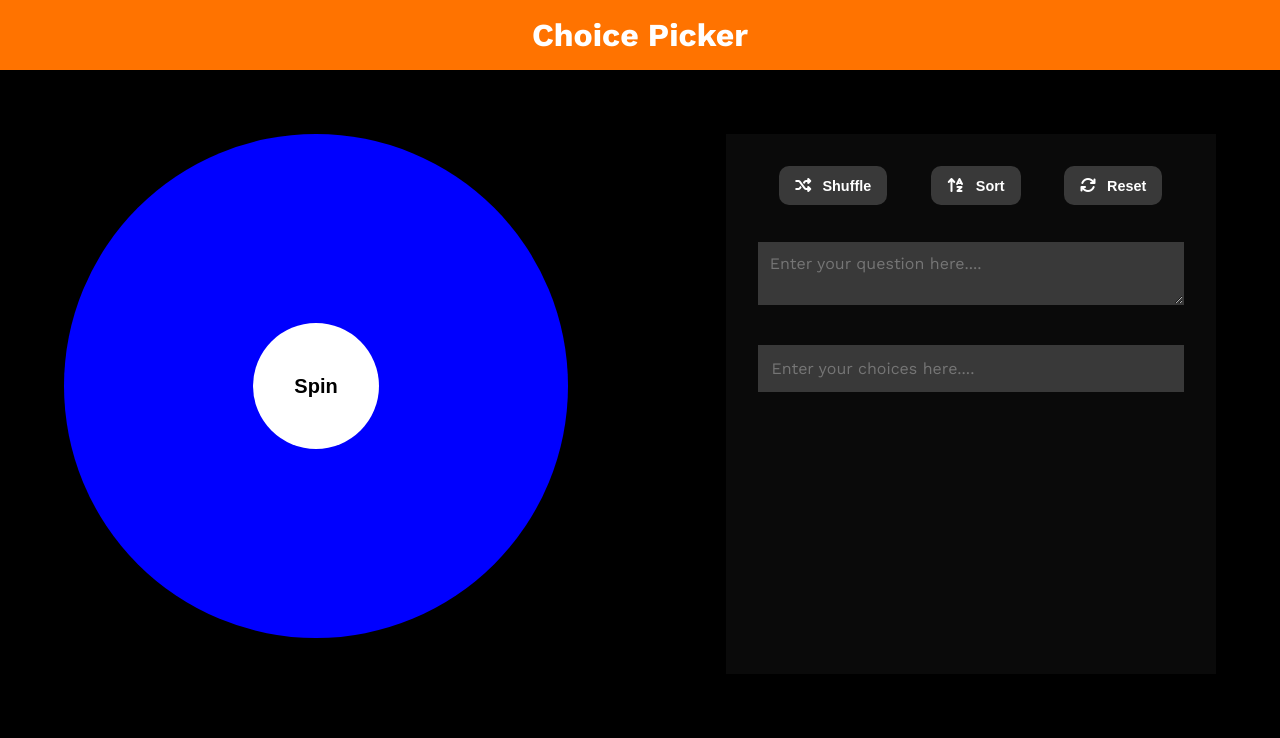
Repository: emiliaiwu/choice_wheel_spinner
Page: index.html
The author's editor kept a copy of each file at every save. The page is drawn from the files as they stood at one save, then again after a run of saves.
The browser window is 1280 px wide. The pictures show the whole page.
Some web libraries are served in a nearby version.

Above is the page before, as saved 2023-01-10 04:34:07.

After the next 2 saves:
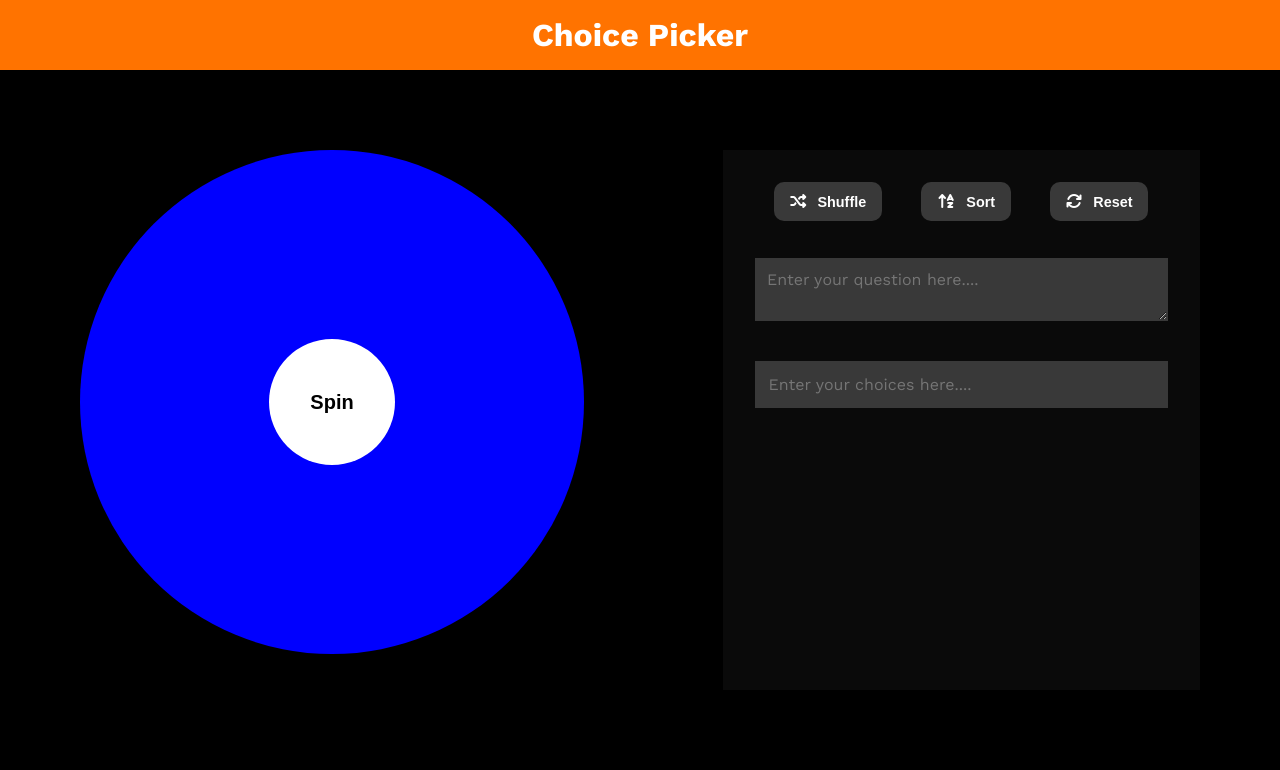
The 2 saves are shown as one change because they came seconds apart.
The last was saved 24 s later.
--- a/style.css
+++ b/style.css
@@ -32,7 +32,7 @@
 }
 
 .container {
-    padding: 5%;
+    padding: 5rem;
 }
 
 .container,

After the 2 saves that followed:
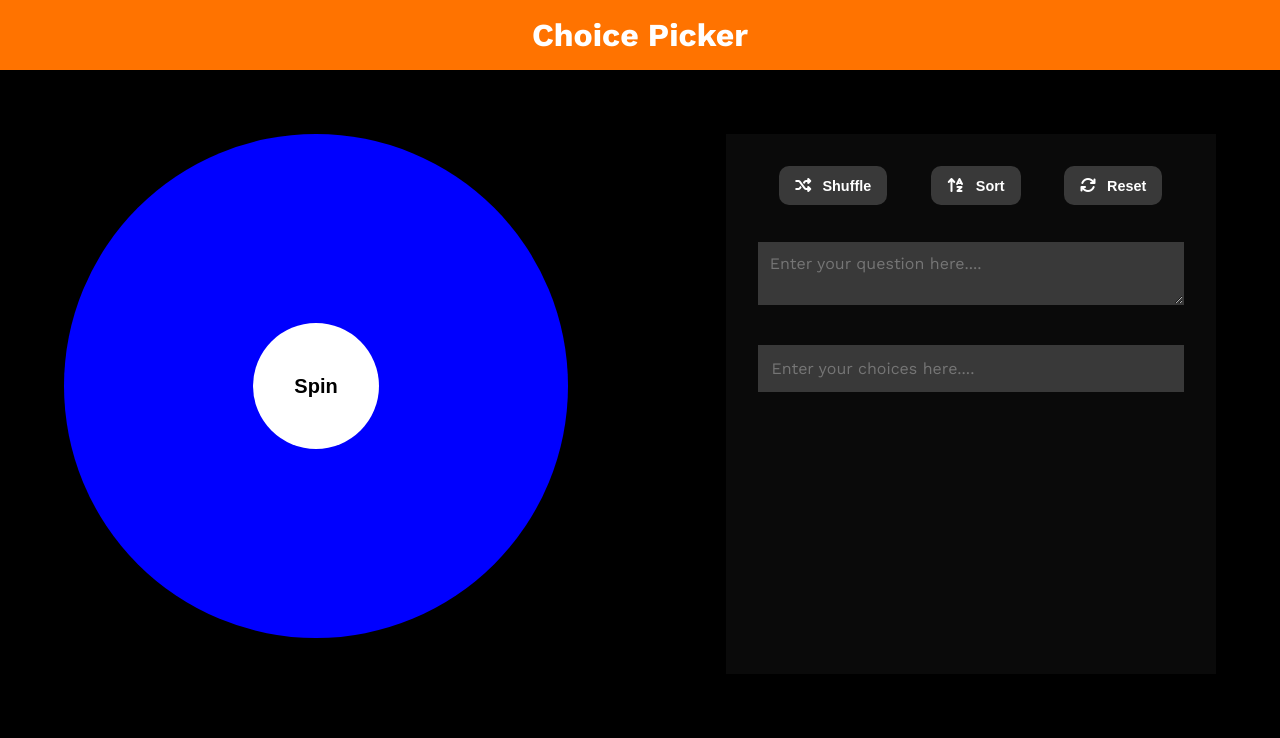
The 2 saves are shown as one change because they came seconds apart.
The last was saved 19 s later.
--- a/style.css
+++ b/style.css
@@ -32,7 +32,7 @@
 }
 
 .container {
-    padding: 5rem;
+    padding: 5%;
 }
 
 .container,
